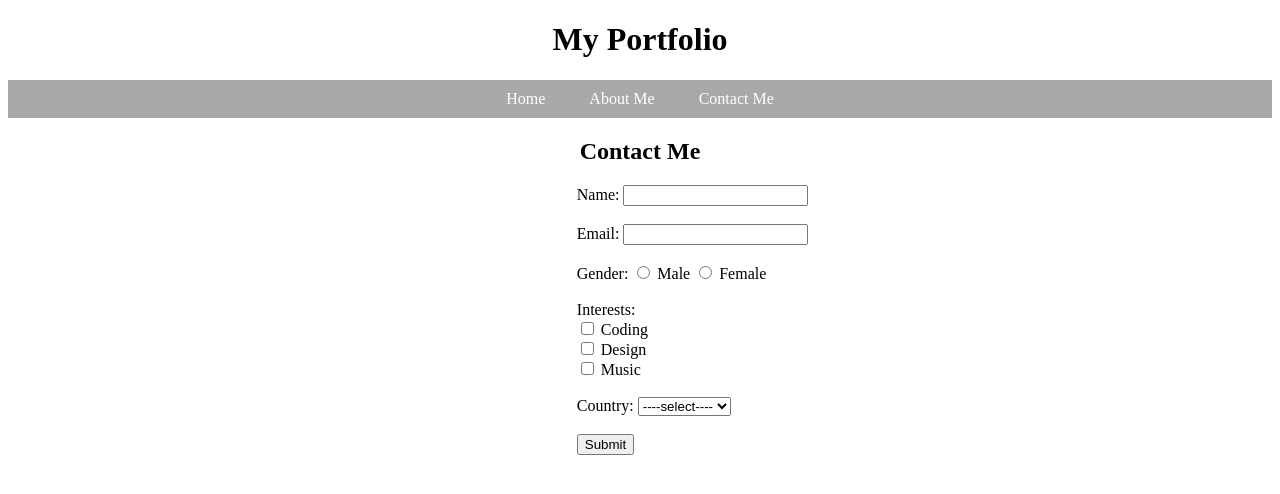
Repository: harshitanthal1/my_portfolio
Page: public/contactme.html
An editor plug-in stored every save of this project. The page is shown before and after the next save, followed by the edit.
The browser window is 1280 px wide. The pictures show the whole page.

Above is the page before, as saved 2024-02-04 11:21:24.

### public/contactme.html
<!DOCTYPE html>
<html lang="en">
<head>
    <meta charset="UTF-8">
    <meta name="viewport" content="width=device-width, initial-scale=1.0">
    <title>My Portfolio</title>
    <link rel="stylesheet" href="styles/styles.css" />
</head>
<body>
    <header><h1>My Portfolio</h1></header>
    <nav>
        <li><a href="index.html" >Home</a></li>
        <li><a href="aboutme.html" >About Me</a></li>
        <li><a href="contactme.html" >Contact Me</a></li>
    </nav>

    <h2>Contact Me</h2>
  <form>
    <label for="name">Name:</label>
    <input type="text" id="name" name="name" required>
    <br />
    <br />

    <label for="email">Email:</label>
    <input type="email" id="email" name="email" required>
    <br />
    <br />

    <label>Gender:</label>
    <label><input type="radio" name="gender" value="male"> Male</label>
    <label><input type="radio" name="gender" value="female"> Female</label>
    <br />
    <br />

    <label for="interests">Interests:</label><br />
    <label><input type="checkbox" name="interests" value="coding"> Coding</label><br />
    <label><input type="checkbox" name="interests" value="design"> Design</label><br />
    <label><input type="checkbox" name="interests" value="music"> Music</label><br />
    <br />

    <label for="country">Country:</label>
    <select id="country" name="country">
      <option value="select">----select----</option>
      <option value="india">India</option>
      <option value="usa">USA</option>
      <option value="canada">Canada</option>
      <option value="uk">UK</option>
    </select>
    <br />
    <br />

    <input type="submit" value="Submit">
  </form>
</body>
</html>

### styles/styles.css
header {
    text-align: center;
}

nav {
    background-color: darkgrey;
    color: white;
    padding: 10px;
    text-align: center;
}

li {
    display: inline;
    margin-right: 20px;
    margin-left: 20px;
}

a {
    text-decoration: none;
    color: white;
}

main {
    display: flex;
    flex-direction: row;
}

#profile {
    width: 29%;
    margin-right: 1%;;
    padding: 10px;
    width: 350px;
    border-right: 2px solid black;
}

#info {
    display: flex;
    width: 70%;
    justify-content: space-around;
}

.sub-box {
    width: 30%;
    border: 1.5px solid black;
    border-radius: 25px;
    padding: 10px;
}

h3 {
    text-align: center;
    border-bottom: 1.5px solid black;

}

#profile-summery {
    text-align: justify;
}

#home-intro {
    font-size: 44px;
    margin-left: 3%;
    margin-top: 3%;
    border-left: 2px solid black;
    padding-left: 20px;
}

img {
    border-radius: 50%;
}

h2 {
    text-align: center;
}

form {
    margin-left: 45%;

}

After the next save:
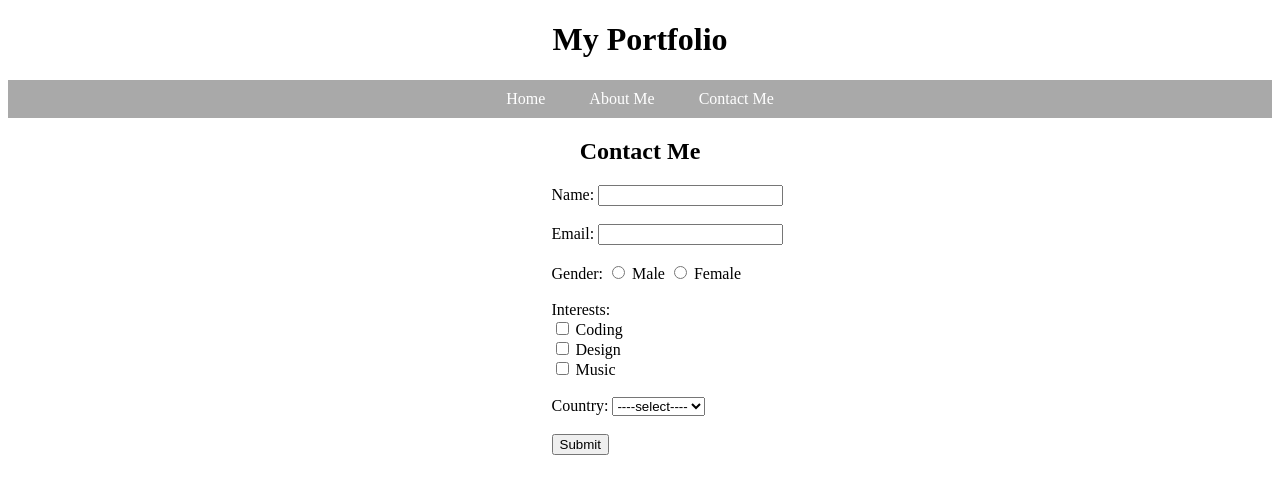
Saved 15 s later.
--- a/styles/styles.css
+++ b/styles/styles.css
@@ -73,6 +73,6 @@ h2 {
 }
 
 form {
-    margin-left: 45%;
+    margin-left: 43%;
 
 }
